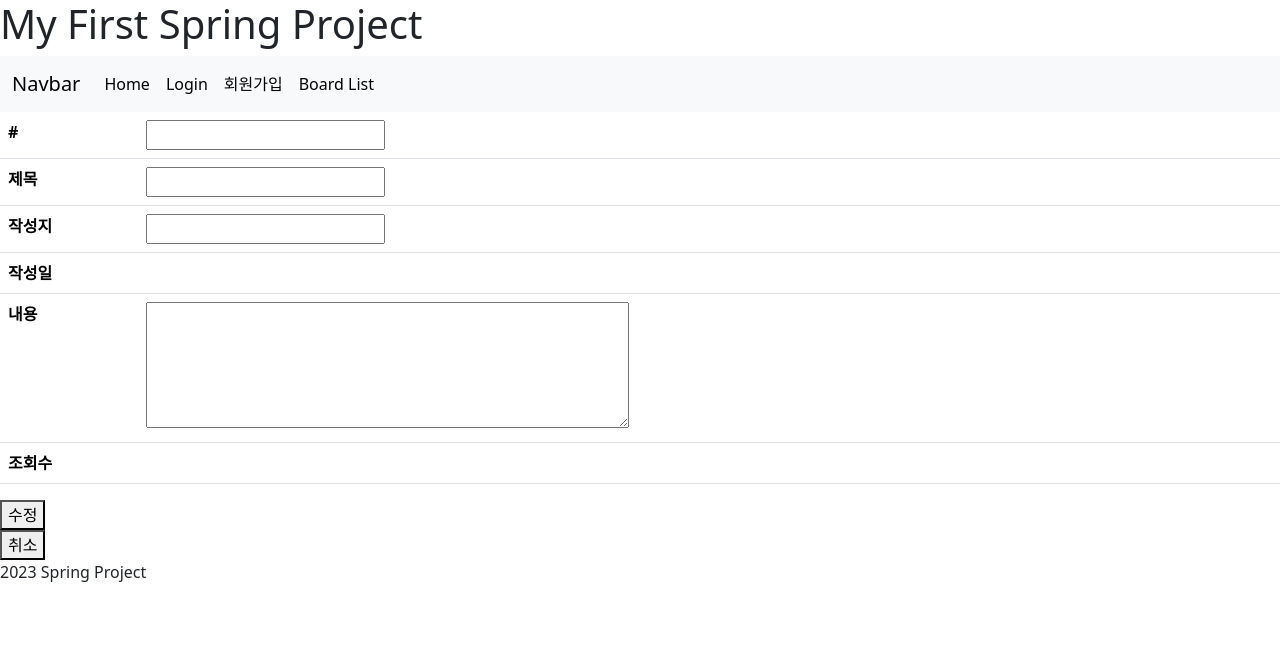
Repository: HongSeungBo/secondspring
Page: http://localhost/spring_test/WEB-INF/views/board/modify.jsp
These files come from the project's save history. The page is drawn as it stood at one moment and after a run of saves; the edit follows.
The browser window is 1280 px wide. The pictures show the whole page.
The page is served by Tomcat 9. Nobody is signed in. Other server files are loaded and not shown. The template is opened directly, without the code that normally fills it, so the values that code supplies are empty.

Above is the page before, as saved 2023-10-16 11:09:34.

### spring test/src/main/webapp/WEB-INF/views/board/modify.jsp
<%@ page language="java" contentType="text/html; charset=UTF-8"
	pageEncoding="UTF-8"%>
<%@ taglib prefix="c" uri="http://java.sun.com/jsp/jstl/core"%>
<%@ taglib prefix="fn" uri="http://java.sun.com/jsp/jstl/functions"%>
<!DOCTYPE html>
<html>
<head>
<meta charset="UTF-8">
<title>Insert title here</title>
</head>
<body>
	<jsp:include page="../layout/header.jsp"></jsp:include>
	<c:set value="${BoardDTO.bvo }" var="detail"></c:set>
	<form action="#" method="post">
		<table class="table table-hover">
			<tr>
				<th>#</th>
				<td><input type="text" name="bno" value="${detail.bno }"
					readonly="readonly"></td>
			</tr>
			<tr>
				<th>제목</th>
				<td><input type="text" name="title" value="${detail.title }">
				</td>
			</tr>
			<tr>
				<th>작성지</th>
				<td><input type="text" name="writer" value="${detail.writer }"
					readonly="readonly"></td>
			</tr>
			<tr>
				<th>작성일</th>
				<td>${detail.registerDate }</td>
			</tr>
			<tr>
				<th>내용</th>
				<td><textarea rows="5" cols="50" name="content"
						value="${detail.content }"></textarea></td>
			</tr>
			<tr>
				<th>조회수</th>
				<td>${detail.read_count }</td>
			</tr>
		</table>
		<c:set value="${BoardDTO.flist }" var="flist"></c:set>
		<div>
			<ul>
				<c:forEach items="${flist }" var="fvo">
					<li><c:choose>
							<c:when test="${fvo.file_type>0 }">
								<div>
									<img alt="그림없음."
										src="/upload/${fn:replace(fvo.save_dir,'\\','/') }/${fvo.uuid}_th_${fvo.file_name}">
								</div>
							</c:when>
							<c:otherwise>
								<div>
									<!-- file 아이콘 같은 모양 값으로 넣을 수 있음 -->
								</div>
							</c:otherwise>
						</c:choose>
						<div>${fvo.file_name }</div>
						<button type="button" class="file-x" data-uuid="${fvo.uuid }">X</button>
					</li>
				</c:forEach>
			</ul>
		</div>
		<button type="submit">수정</button>
	</form>
	<a href="/board/list"><button type="button">취소</button></a>
	<script type="text/javascript">
	const bnoVal = `<c:out value="${detail.bno}" />`;
	console.log(bnoVal);
	</script>
	<script type="text/javascript" src="/resources/js/boardModify.js"></script>
	<jsp:include page="../layout/footer.jsp"></jsp:include>
</body>
</html>

### spring test/src/main/webapp/WEB-INF/views/layout/header.jsp
<%@ page language="java" contentType="text/html; charset=UTF-8"
    pageEncoding="UTF-8"%>
    <%@ taglib prefix="c" uri="http://java.sun.com/jsp/jstl/core" %>
<!DOCTYPE html>
<html>
<head>
<meta charset="UTF-8">
<title>Insert title here</title>
<link href="https://cdn.jsdelivr.net/npm/bootstrap@5.3.1/dist/css/bootstrap.min.css" rel="stylesheet"
integrity="sha384-4bw+/aepP/YC94hEpVNVgiZdgIC5+VKNBQNGCHeKRQN+PtmoHDEXuppvnDJzQIu9" crossorigin="anonymous">
<script src="https://cdn.jsdelivr.net/npm/bootstrap@5.3.1/dist/js/bootstrap.bundle.min.js"
integrity="sha384-HwwvtgBNo3bZJJLYd8oVXjrBZt8cqVSpeBNS5n7C8IVInixGAoxmnlMuBnhbgrkm" crossorigin="anonymous"></script>
</head>
<body>
<h1> My First Spring Project </h1>
<nav class="navbar navbar-expand-lg bg-body-tertiary">
  <div class="container-fluid">
    <a class="navbar-brand" href="#">Navbar</a>
    <button class="navbar-toggler" type="button" data-bs-toggle="collapse" data-bs-target="#navbarSupportedContent" aria-controls="navbarSupportedContent" aria-expanded="false" aria-label="Toggle navigation">
      <span class="navbar-toggler-icon"></span>
    </button>
    <div class="collapse navbar-collapse" id="navbarSupportedContent">
      <ul class="navbar-nav me-auto mb-2 mb-lg-0">
        <li class="nav-item">
          <a class="nav-link active" aria-current="page" href="/">Home</a>
        </li>
        <c:if test="${ses.id eq null }">
	        <li class="nav-item">
	          <a class="nav-link active" aria-current="page" href="/member/login">Login</a>
	        </li>
        </c:if>
        <c:if test="${ses.id ne null }">
	        <li class="nav-item">
	          <a class="nav-link active" aria-current="page" href="logout">Logout</a>
	        </li>
        </c:if>
        <li class="nav-item">
          <a class="nav-link active" aria-current="page" href="/member/signUp">회원가입</a>
        </li>
        <c:if test="${ses.id ne null }">
	        <li class="nav-item">
	          <a class="nav-link active" aria-current="page" href="/board/register">REG</a>
	        </li>
        </c:if>
        <c:if test="${ses.id ne null }">
	        <li class="nav-item">
	          <a class="nav-link active" aria-current="page" href="/member/modify">회원정보 수정</a>
	        </li>
        </c:if>
        <li class="nav-item">
          <a class="nav-link active" aria-current="page" href="/board/list">Board List</a>
        </li>
        <!-- <li class="nav-item">
          <a class="nav-link" href="#">Link</a>
        </li>
        <li class="nav-item dropdown">
          <a class="nav-link dropdown-toggle" href="#" role="button" data-bs-toggle="dropdown" aria-expanded="false">
            Dropdown
          </a>
          <ul class="dropdown-menu">
            <li><a class="dropdown-item" href="#">Action</a></li>
            <li><a class="dropdown-item" href="#">Another action</a></li>
            <li><hr class="dropdown-divider"></li>
            <li><a class="dropdown-item" href="#">Something else here</a></li>
          </ul>
        </li>
        <li class="nav-item">
          <a class="nav-link disabled" aria-disabled="true">Disabled</a>
        </li>
      </ul>
      <form class="d-flex" role="search">
        <input class="form-control me-2" type="search" placeholder="Search" aria-label="Search">
        <button class="btn btn-outline-success" type="submit">Search</button> -->
      </form>
    </div>
  </div>
</nav>

### spring test/src/main/webapp/WEB-INF/views/layout/footer.jsp
<%@ page language="java" contentType="text/html; charset=UTF-8"
    pageEncoding="UTF-8"%>
<!DOCTYPE html>
<html>
<head>
<meta charset="UTF-8">
<title>Insert title here</title>
</head>
<body>
<div> 2023 Spring Project </div>
</body>
</html>

### spring test/src/main/webapp/resources/js/boardModify.js
console.log(bnoVal);
document.addEventListener('click',function(e){
    console.log(e.target);
    if(e.target.classList.contains('file-x')){
        let uuid = e.target.dataset.uuid;
        console.log(uuid, bnoVal);
        removeFile(uuid, bnoVal).then(result=>{
            console.log(result);
            if(result==1){
                alert("성공");
                e.target.closest('li').remove();
                this.location.reload();
            }else{
                alert("실패");
            }
        })
    }
})

async function removeFile(uuid, bnoVal){
    try {
        const url = '/board/file/'+uuid+'/'+ bnoVal;
        const config = {
            method : 'delete'
        }
        const resp = await fetch(url, config);
        const result = await resp.text();
        return result;
    } catch (error) {
        console.log("remove Error" + error);
    }
}

After the next 2 saves:
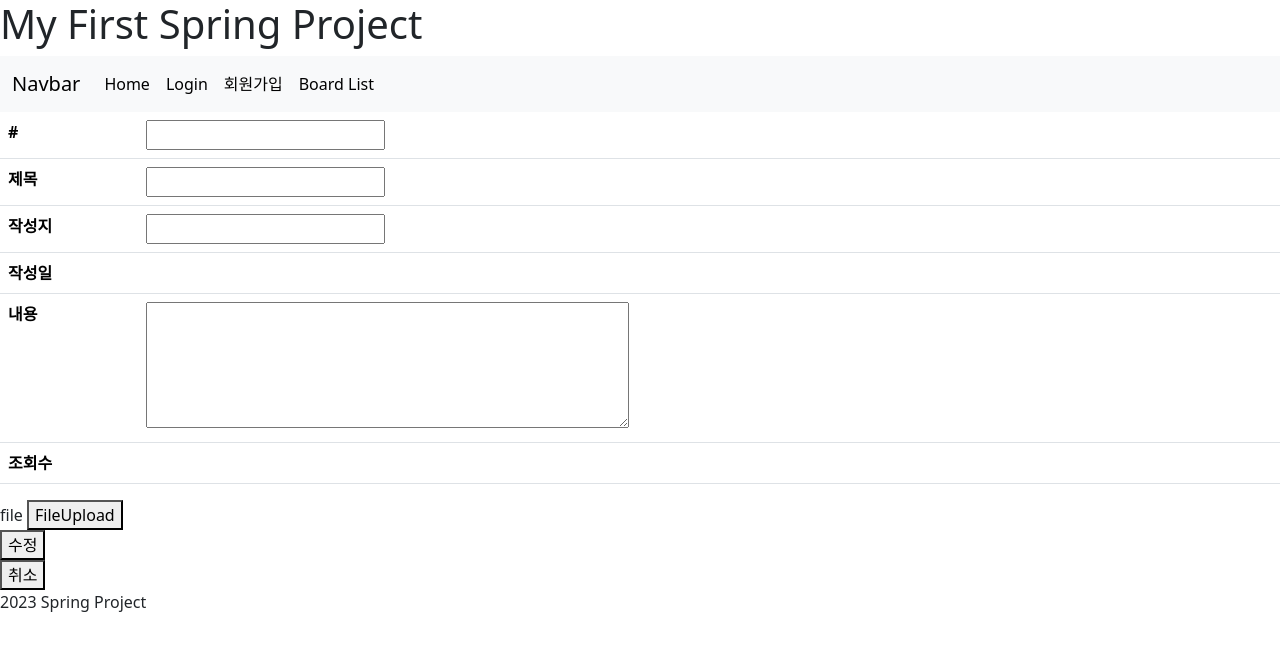
The 2 saves are shown as one change because they came seconds apart.
The last was saved 8 min 2 s later.
--- a/spring test/src/main/webapp/WEB-INF/views/board/modify.jsp
+++ b/spring test/src/main/webapp/WEB-INF/views/board/modify.jsp
@@ -65,6 +65,18 @@
 				</c:forEach>
 			</ul>
 		</div>
+		<!-- 파일 수정 라인 -->
+		<tr>
+				<th>file</th>
+				<td>
+					<input type="file" id="file" name="files" multiple="multiple" style="display:none">
+				</td>
+			</tr>
+		</table>
+			<button type="button" id="trigger">FileUpload</button><br>
+			<div id="fileZone">
+
+			</div>
 		<button type="submit">수정</button>
 	</form>
 	<a href="/board/list"><button type="button">취소</button></a>
